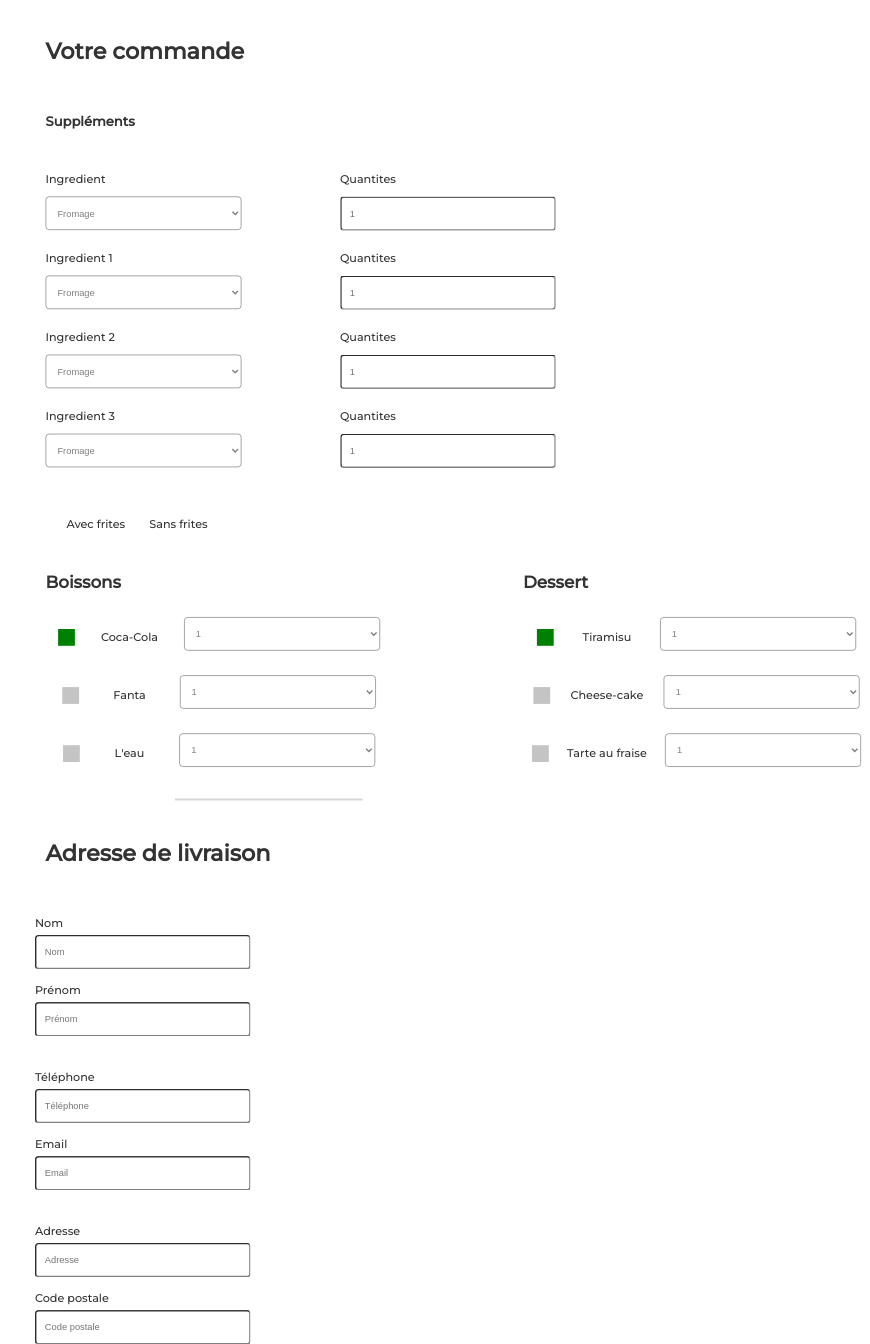
Repository: Ahlam-belhadj/bella-olange
Page: index2.html
The author's editor kept a copy of each file at every save. The page is drawn from the files as they stood at one save, then again after a run of saves.
The browser window is 768 px wide. The page is 1243 px wide, so the pictures cover 1243 px, including what lies to the right of the window. The pictures show the part of the page from y = 1421 to 3341 px (the page is 3775 px tall before and 4183 px after), at 70% of full size.

Above is the page before, as saved 2023-02-12 01:12:28.

### index2.html
<!DOCTYPE html>
<html lang="en">

<head>
    <meta charset="UTF-8">
    <meta http-equiv="X-UA-Compatible" content="IE=edge">
    <meta name="viewport" content="width=device-width, initial-scale=1.0">
    <link rel="stylesheet" href="style2.css">
    <title>Bella olanje</title>
</head>

<body>
  <header>
    <nav>
      <div class="logo"><img  class="logo" src="image/logo_bella_olonje.png" alt="logo"></div>
      <ul>
          <li><a href="#" class="nav-link">Home</a></li>
          <li><a href="#" class="nav-link">Pizza</a></li>
          <li><a href="#" class="nav-link">Burgers</a></li>
          <li><a href="#" class="nav-link">Salade</a></li>
          <li><a href="#" class="nav-link">Contact</a></li>

      </ul>
      <div class="icon_navbar">
          <label for="click" class="menu-btn">
            <i class="fas fa-bars"></i>
          </label>
      </div>
    </nav>

    <div class="title">
        <div class="texte">
            <h3>Food app</h3>
            <h1>Chez Bella <br>
                chaque désire s'additionne.</h1>
        </div>
    </div>
</header>




    <main>
      <div class="infos" id="form-infos">
        <form>
          <h1>Vos informations</h1>

          <div class="grp_infos">
            <div class="nom_prenom">
              <div class="label1">
                <label class="label_nom">Nom</label><br>
                <input type="text" placeholder="Nom">
              </div>
              <div class="label1">
                <label class="label_nom">Prénom</label><br>
                <input type="text" placeholder="Prénom">
              </div>
            </div>

            <div class="telephone_email">
              <div class="label1">
                <label class="label_nom">Téléphone</label><br>
                <input type="text" placeholder="Téléphone">
              </div>
              <div class="label1">
                <label class="label_nom">Email</label><br>
                <input type="text" placeholder="Email">
              </div>
            </div>
          </div>
        </form>
      </div>

      <hr>

      <div class="commande">
        <form>
          <h1>Votre commande</h1>
          <h3>Suppléments</h3>
          <div class="grp_suppliment">
            <div class="ingredient_quantite">
              <div class="fromage">
                <label>Ingredient</label><br>
                <select name="ingr" class="suppléments">
                  <option value="fromage">Fromage</option>
                  <option value="fromage">Fromage</option>
                  <option value="fromage">Fromage</option>
                  <option value="fromage">Fromage</option>
                  <option value="fromage">Fromage</option>
                  <option value="fromage">Fromage</option>
                  <option value="fromage">Fromage</option>
                </select>
              </div>
              <div class="box">
                <label>Quantites</label><br>
                <input type="number" min="0" placeholder="1">
              </div>
            </div>

            <div class="ingredient_quantite">
             <div class="fromage">
                <label>Ingredient 1</label><br>
                <select name="ingr" class="suppléments">
                  <option value="fromage">Fromage</option>
                  <option value="fromage">Fromage</option>
                  <option value="fromage">Fromage</option>
                  <option value="fromage">Fromage</option>
                  <option value="fromage">Fromage</option>
                  <option value="fromage">Fromage</option>
                  <option value="fromage">Fromage</option>
                </select>
              </div>
              <div class="box">
                <label>Quantites</label><br>
                <input type="number" min="0" placeholder="1">
              </div>
            </div>

            <div class="ingredient_quantite">
              <div class="fromage">
                <label>Ingredient 2</label><br>
                <select name="ingr" class="suppléments">
                  <option value="fromage">Fromage</option>
                  <option value="fromage">Fromage</option>
                  <option value="fromage">Fromage</option>
                  <option value="fromage">Fromage</option>
                  <option value="fromage">Fromage</option>
                  <option value="fromage">Fromage</option>
                  <option value="fromage">Fromage</option>
                </select>
              </div>
              <div class="box">
                <label>Quantites</label><br>
                <input type="number" min="0" placeholder="1">
              </div>
            </div>

            <div class="ingredient_quantite">
              <div class="fromage">
                <label>Ingredient 3</label><br>
                <select name="ingr" class="suppléments">
                  <option value="fromage">Fromage</option>
                  <option value="fromage">Fromage</option>
                  <option value="fromage">Fromage</option>
                  <option value="fromage">Fromage</option>
                  <option value="fromage">Fromage</option>
                  <option value="fromage">Fromage</option>
                  <option value="fromage">Fromage</option>
                </select>
              </div>
              <div class="box">
                <label>Quantites</label><br>
                <input type="number" min="0" placeholder="1">
              </div>
            </div>
          </div>


          <div class="check2">
            <label class="container">Avec frites
              <input type="radio" checked="checked" name="radio">
              <span class="checkmark"></span>
            </label>
            <label class="container">Sans frites
              <input type="radio" name="radio">
              <span class="checkmark"></span>
            </label>
          </div>


          <div class="all">
            <div class="content_of_boisson">
                <h2>Boissons</h2>
                <div class="boissons">
                    <div class="carre"></div>
                    <label>Coca-Cola</label>
                    <select name="Fromage" class="Fromage" style="margin-top: 10px;">
                      <option value="">1</option>
                      <option value="">2</option>
                      <option value="">3</option>
                      <option value="">4</option>
                    </select>
                </div>
                <div class="boissons">
                    <div class="carre grey"></div>
                    <label>Fanta</label>
                    <select name="Fromage" class="Fromage" style="margin-top: 10px;">
                      <option value="">1</option>
                      <option value="">2</option>
                      <option value="">3</option>
                      <option value="">4</option>
                    </select>
                </div>
                <div class="boissons">
                    <div class="carre grey"></div>
                    <label>L'eau</label>
                    <select name="Fromage" class="Fromage" style="margin-top: 10px;">
                      <option value="">1</option>
                      <option value="">2</option>
                      <option value="">3</option>
                      <option value="">4</option>
                    </select>
                </div>
            </div>

            <div class="content_of_dessert">
                <h2>Dessert</h2>
                <div class="boissons dessert">
                    <div class="carre"></div>
                    <label>Tiramisu</label>
                    <select name="Fromage" class="Fromage" style="margin-top: 10px;">
                        <option value="">1</option>
                        <option value="">2</option>
                        <option value="">3</option>
                        <option value="">4</option>
                    </select>
                </div>
                <div class="boissons dessert">
                    <div class="carre grey"></div>
                    <label>Cheese-cake</label>
                    <select name="Fromage" class="Fromage" style="margin-top: 10px;">
                      <option value="">1</option>
                      <option value="">2</option>
                      <option value="">3</option>
                      <option value="">4</option>
                    </select>
                </div>
                <div class="boissons dessert">
                    <div class="carre grey"></div>
                    <label>Tarte au fraise</label>
                    <select name="Fromage" class="Fromage" style="margin-top: 10px;">
                      <option value="">1</option>
                      <option value="">2</option>
                      <option value="">3</option>
                      <option value="">4</option>
                    </select>
                </div>
            </div>
            </div>
        </form>
      </div>

      <hr>

      <div class="livraison">
        <form>
          <h1>Adresse de livraison</h1>
          <div class="grp_infos">
            <div class="nom_prenom">
              <div class="label1">
                <label class="label_nom">Nom</label><br>
                <input type="text" placeholder="Nom">
              </div>
              <div class="label1">
                <label class="label_nom">Prénom</label><br>
                <input type="text" placeholder="Prénom">
              </div>
            </div>

            <div class="telephone_email">
              <div class="label1">
                <label class="label_nom">Téléphone</label><br>
                <input type="text" placeholder="Téléphone">
              </div>
              <div class="label1">
                <label class="label_nom">Email</label><br>
                <input type="text" placeholder="Email">
              </div>
            </div>
            <div class="nom_prenom">
              <div class="label1">
                <label class="label_nom">Adresse</label><br>
                <input type="text" placeholder="Adresse">
              </div>
              <div class="label1">
                <label class="label_nom">Code postale</label><br>
                <input type="text" placeholder="Code postale">
              </div>
            </div>

            <div class="telephone_email">
              <div class="label1">
                <label class="label_nom">Ville</label><br>
                <input type="text" placeholder="Ville">
              </div>
              <div class="label1">
                <label class="label_nom">Pays</label><br>
                <input type="text" placeholder="Pays">
              </div>
            </div>
          </div>
            <div class="div_button"><button class="button" type="button">Envoyer</button></div>
        </form>

      </div>
    </main>

</body>

</html>

### style2.css
@import url('https://fonts.googleapis.com/css2?family=Montserrat:wght@100;200;500&display=swap');

body {
    font-family: Montserrat, sans-serif;
    margin: auto;
}


.logo {
    height: 80px;
}

nav {
    display: flex;
    height: 80px;
    width: 100%;
    background: white;
    align-items: center;
    justify-content: space-between;
    padding: 0 50px 0 100px;
    flex-wrap: wrap;
  }

  nav .logo {
    color: #fff;
    font-size: 20px;
    text-transform: uppercase;
    text-decoration: none;
  }

  nav a {
    color: #fff;
    text-decoration: none;
  }

  nav ul {
    display: flex;
    flex-wrap: wrap;
    list-style: none;

  }

  nav ul li {
    margin: 0 5px;
  }

  nav ul li a {
    color: black;
    text-decoration: none;
    font-size: 16px;
    font-weight: 500;
    padding: 8px 15px;
    border-radius: 5px;
    letter-spacing: 1px;
    transition: all 0.3s ease;
  }

  nav .icon_navbar {
    display: flex;
  }



  nav .menu-btn i {
    color: #050505;
    font-size: 22px;
    cursor: pointer;

  }

  input[type="checkbox"] {
    display: none;
  }

  @media (max-width: 1000px) {
    nav {
      padding: 0 40px 0 50px;
    }

    nav .logo {
      color: #fff;
      font-size: 16px;
      text-transform: uppercase;
    }
  }

  @media (max-width: 1250px) {
    nav .menu-btn i {
      display: block;
    }

    #click:checked~.menu-btn i:before {
      content: "\f00d";
    }

    nav ul {
      position: fixed;
      top: 80px;
      right: -100%;
      background: #C81100;
      height: 100vh;
      width: 60%;
      text-align: center;
      display: block;
      transition: all 0.3s ease;
    }

    #click:checked~ul {
      right: 0;
    }

    nav ul li {
      width: 100%;
      margin: 40px 0;
    }

    nav ul li a {
      width: 100%;
      display: block;
      font-size: 20px;
      transition: 0.6s cubic-bezier(0.68, -0.55, 0.265, 1.55);
    }

    #click:checked~ul li a {
      margin-left: 0px;
    }

    nav ul li a.active,
    nav ul li a:hover {
      background: none;
      color: #1E1E1E;
    }
  }
.title {
  background-image: url(image/Rectangle\ 48.png);
  height: 619px;
  background-repeat: no-repeat;
  background-position: center;
  background-size: cover;



}

.texte{
    color: white;
    display: flex;
    align-items: center;
    justify-content: center;
    flex-direction: column;
    text-align: center;
    height: 50%;
}



/*food_app*/
.title_food_app {
    padding-top: 50px;
}

.food_app{
    background-image: url(./img/food_app.png);
    min-height: 90vh;
    background-repeat: no-repeat;
    background-position: center;
    background-size: cover;
}
.title_food_app h3 {
    font-family: 'Montserrat';
    font-style: normal;
    font-weight: 550;
    font-size: 24px;
    line-height: 36px;
    text-align: center;
    letter-spacing: 0.1px;
    color: #F7F7F7;
    padding-top: 50px;
}

.title_food_app{

    font-family: Montserrat;
    font-style: normal;
    font-weight: 600;
    font-size: 58px;
    line-height: 80px;
    text-align: center;
    letter-spacing: 0.2px;
    color: #FFFFFF;
}

.title_pizza {
    display: flex;
    justify-content: center;
    color: #000000;
}
/*food_app*/


/*infos*/


.ingredient_quantite{
    display: flex;
    flex-direction:row;
    justify-content: flex-start;
    gap: 20%;
    margin-bottom: 10px;
}


main {
    color: #333333;
}

.label1 input {
    width: 280px;
    height: 35px;
    margin-bottom: 20px;
    margin-top: 8px;
    padding: 5px 12px;
    color: grey;
    border-radius: 5px;
    border-color: gray;
}


.infos h1 {
    padding: 85px;
}

hr {
    height: 3px;
    background-color:#d8d8d8;
    border: none;
    margin: 25px 250px 25px;
}

.nom_prenom {
    display: flex;
    justify-content: space-around;
    padding-right: 400px;
    padding-bottom: 28px;
}
.telephone_email {
    display: flex;
    justify-content: space-around;
    padding-right: 400px;
    padding-bottom: 28px;
}

/*infos*/

/*livraison*/

.livraison h1 {
    margin-left: 65px;
    padding-top: 30px;
    padding-bottom: 50px;
}
/*livraison*/

/*commande*/
.suppléments {
    width: 280px;
    height: 48px;
    margin-bottom: 20px;
    margin-top: 15px;
    padding: 5px 12px;
    color: grey;
    border-radius: 5px;
    border-color: gray;
    background-color: #FFFFFF;
}


.commande {
    margin-left: 65px;
}

.commande h1 {
    padding-top: 30px;
}

.commande h3 {
    padding-top: 50px;
    padding-bottom: 42px;
}

.box input {
    width: 280px;
    height: 35px;
    margin-bottom: 20px;
    margin-top: 15px;
    padding: 5px 12px;
    color: grey;
    border-radius: 5px;
    border-color: gray;
}

.boissons_dessert {
    display: flex;
    flex-direction: row;
}

/*commande*/


.div_button {
    padding: 50px 150px 70px 0px;
    display: flex;
    justify-content: flex-end;
}

button {
    border: 0;
    line-height: 2.5;
    width: 120px;
    padding: 0 18px;
    font-size: 18px;
    text-align: center;
    color: #fff;
    border-radius: 20px;
    background-color: #FA4A0C;
    box-shadow: 1px 1px 5px #B73227;
}


/*dessert et boissons*/

.avec, .sans {
    display: flex;
    flex-direction: row;
    justify-content: space-around;
    width: 150px;
    height: 40px;
    align-items: center;
}

.sans_f {
    padding-top: 39px;
    padding-left: 50px;
}
.avec_f {
    padding-left: 10px;
}

.boissons{
    display: flex;
    align-items: center;
    justify-content: space-around;
    width: 31rem;
    padding-top: 5px;
}

.carre {
    width: 24px;
    height: 24px;
    background-color: green;
}

.carre.grey {
    background-color: #C4C4C4;
}

.all {
    display: flex;
}

.content_of_dessert {
    margin-left: 186px;
}

.Fromage {
    padding: 7px;
    border-radius: 5px;
    width: 280px;
    height: 48px;
    margin-bottom: 20px;
    margin-top: 8px;
    padding: 5px 12px;
    color: grey;
    border-radius: 5px;
    border-color: gray;
    background-color: #FFFFFF;
}
/*dessert et boissons*/


/*checkbox*/
.check2 {
    padding-top: 40px;
    padding-bottom: 40px;
}
.container {
    padding-left: 30px;
    margin-bottom: 12px;
    cursor: pointer;
    font-size: 16px;


  }

  .container input {
    position: absolute;
    opacity: 0;
    cursor: pointer;
  }

  .checkmark {
    position: absolute;
    top: 0;
    left: 0;
    height: 21px;
    width: 21px;
    background-color: rgba(176, 176, 176, 0.677);
    border-radius: 50%;
}




  .container input:checked  .checkmark {
    background-color: #2e3983;
  }

  .checkmark:after {
    position: absolute;
    display: none;
  }

  .container input:checked ~ .checkmark:after {
    display: block;
  }

  .container .checkmark:after {
       top: 9px;
      left: 9px;
      width: 8px;
      background: white;
  }
/*checkbox*/

@media (max-width:800px) {
.infos h1{
    text-align: center;
}
.nom_prenom {
    justify-content: center;
   flex-direction: column;
   padding-left: 50px;
}
.telephone_email {
   flex-direction: column;
   padding-left: 50px;
}

.ingredient_quantite{}

}

After the next 3 saves:
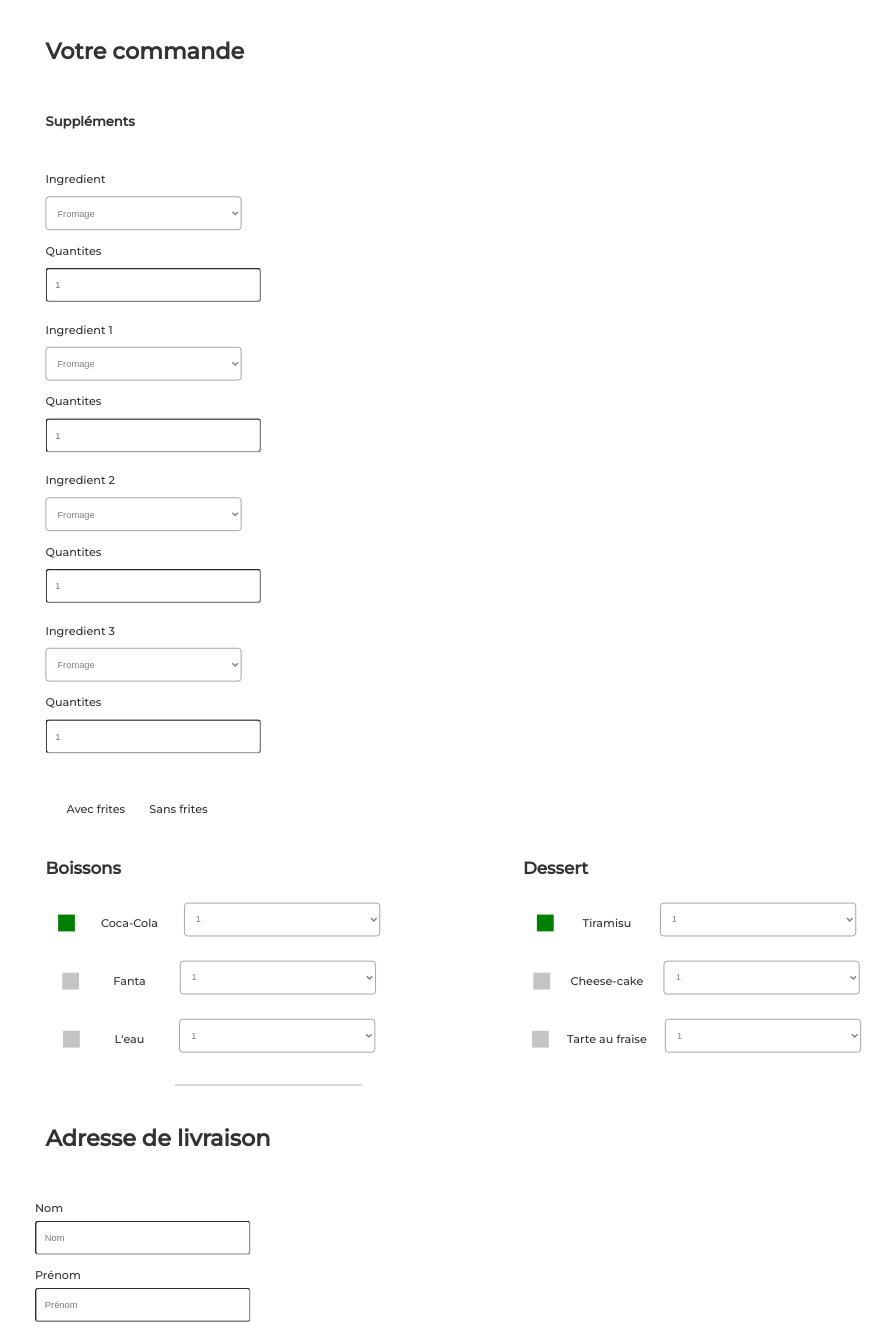
The 3 saves are shown as one change because they came seconds apart.
The last was saved 7 s later.
--- a/style2.css
+++ b/style2.css
@@ -456,6 +456,8 @@ button {
    padding-left: 50px;
 }
 
-.ingredient_quantite{}
-
-}
+.ingredient_quantite{
+    flex-direction: column;
+}
+
+}
